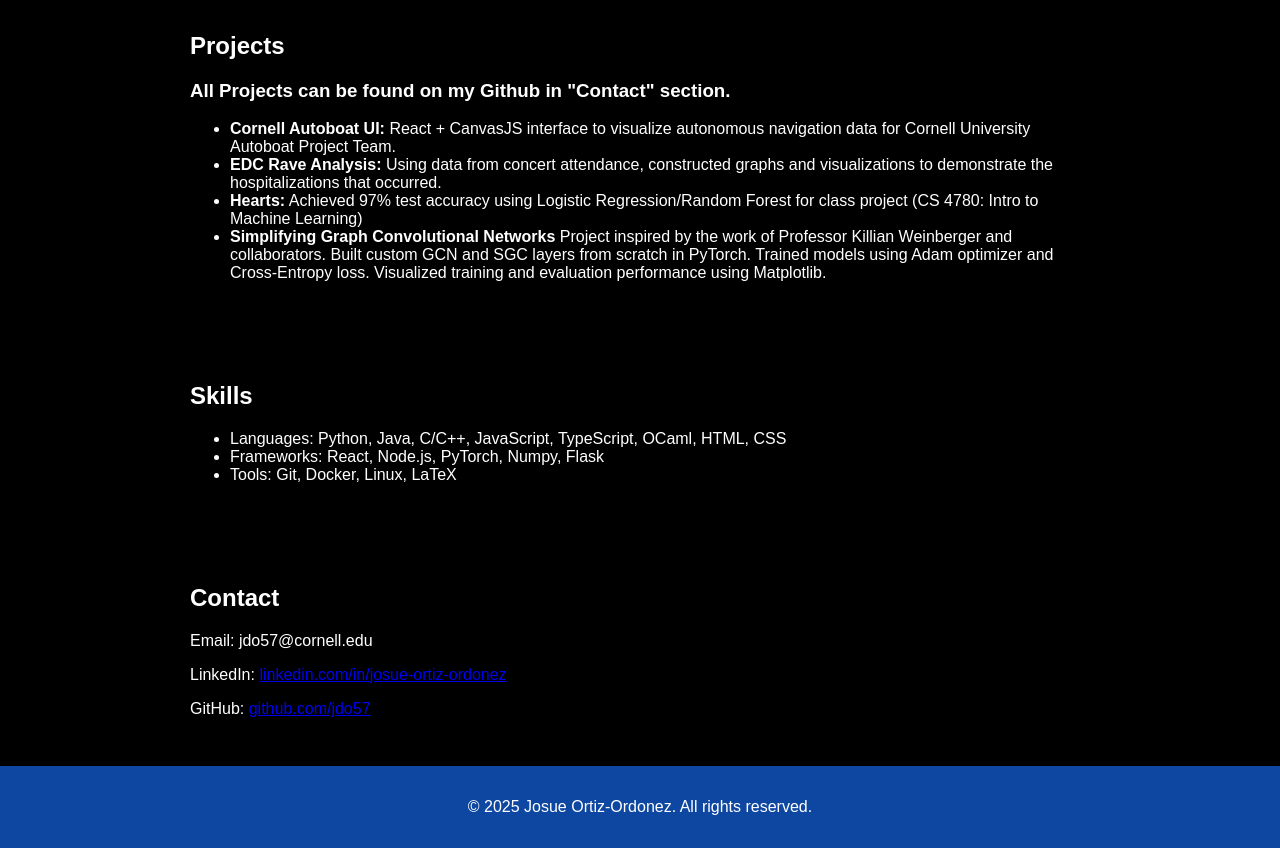
Repository: jdo57/Website
Page: index.html
These files come from the project's save history. The page is drawn as it stood at one moment and after the next save; the edit follows.
The browser window is 1280 px wide. The pictures show the part of the page from y = 1281 to 2129 px (the page is 2129 px tall).
A picture or video elsewhere on the page could not be fetched, so the positions and the page height are approximate.

Above is the page before, as saved 2025-05-26 17:46:31.

After the next save:
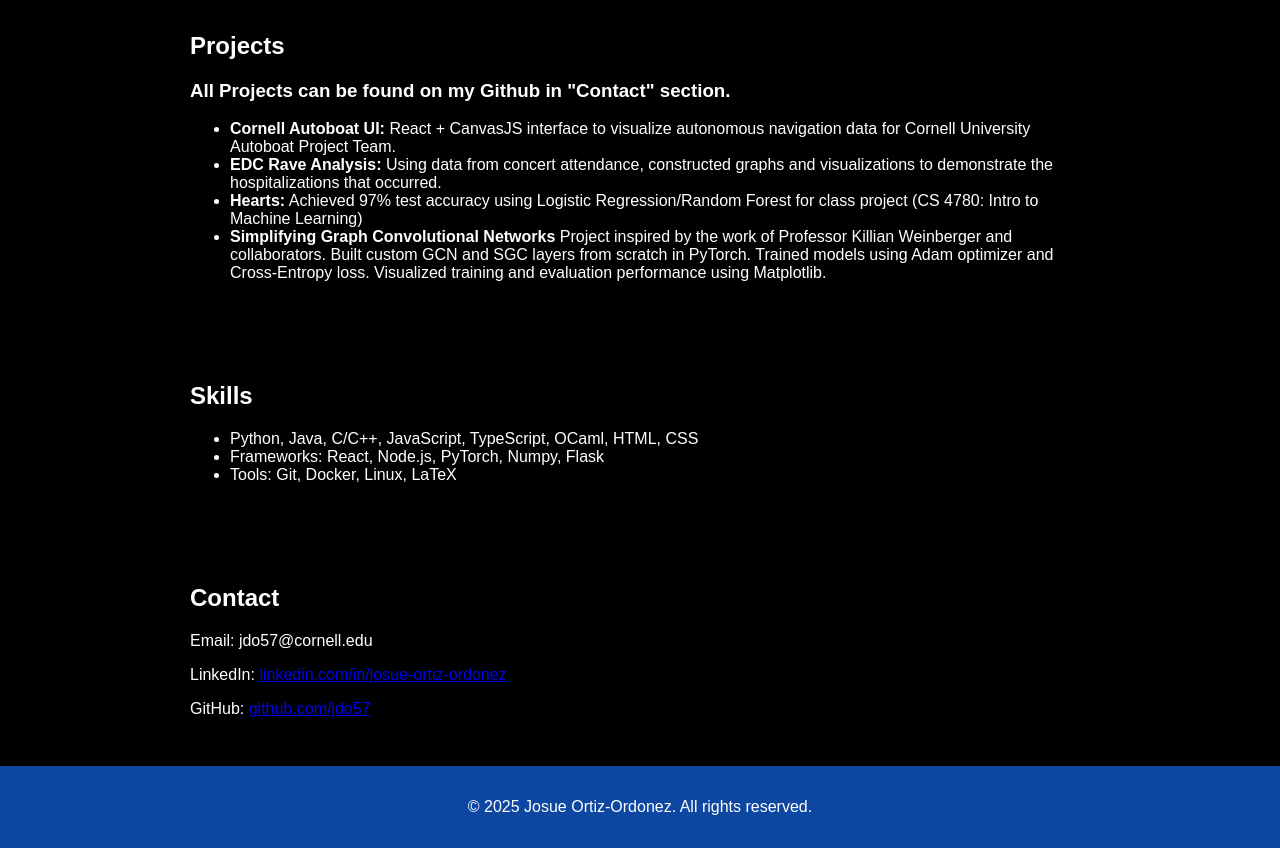
Saved 5 s later.
--- a/index.html
+++ b/index.html
@@ -126,7 +126,7 @@
   <section id="skills">
     <h2>Skills</h2>
     <ul>
-      <li>Languages: Python, Java, C/C++, JavaScript, TypeScript, OCaml, HTML, CSS </li>
+      <li><strong></strong> Python, Java, C/C++, JavaScript, TypeScript, OCaml, HTML, CSS </li>
       <li>Frameworks: React, Node.js, PyTorch, Numpy, Flask</li>
       <li>Tools: Git, Docker, Linux, LaTeX</li>
     </ul>
